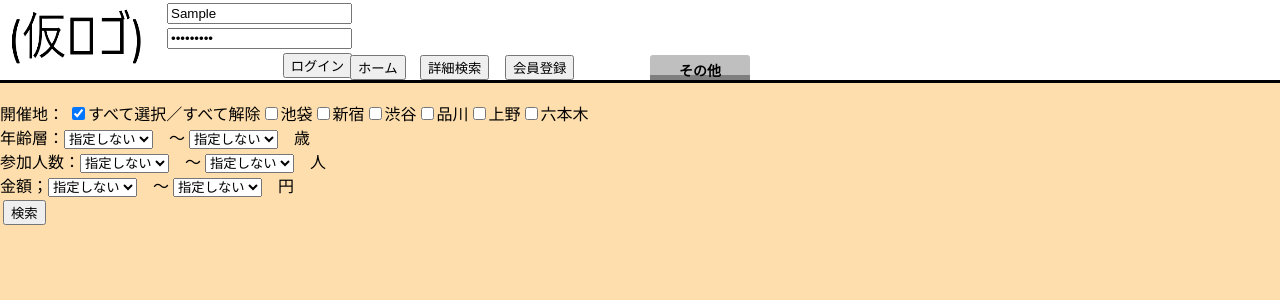
Repository: k0816/backup-master
Page: http://localhost/cycle/partySearchNEW.jsp
An editor plug-in stored every save of this project. The page is shown before and after the next save, followed by the edit.
The browser window is 1280 px wide. The pictures show the whole page.
Empty fields were first filled with sample values (such as "Sample", 5 or name@example.com).
After loading, the first visible `input[onclick="allChange(this.checked);"]` was clicked once.
The page is served by Tomcat 9.

Above is the page before, as saved 2018-01-24 15:16:16.

After the next save:
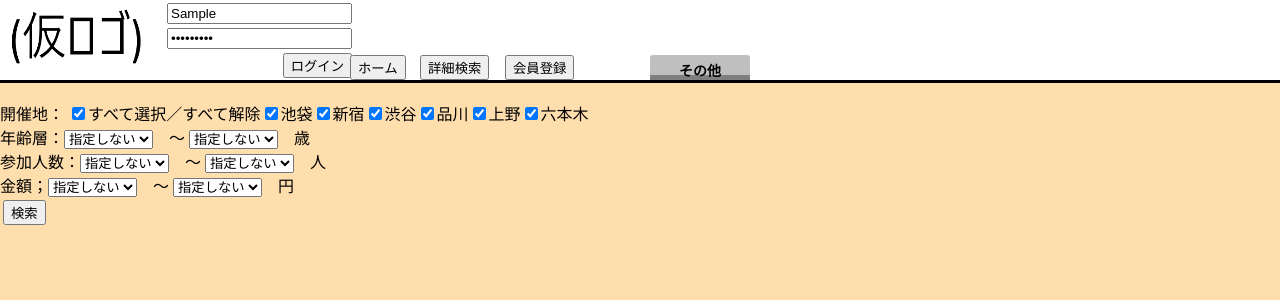
Saved 101 s later.
--- a/cycle/WebContent/partySearchNEW.jsp
+++ b/cycle/WebContent/partySearchNEW.jsp
@@ -12,7 +12,7 @@
     flag =false;
     function allChange(){
         flag = !flag;
-        var chkbox = document.getElementsByName('check');
+        var chkbox = document.getElementsByName('partyPlace');
         for(i = 0; i < chkbox.length; i++){
             chkbox[i].checked = flag;
         }
